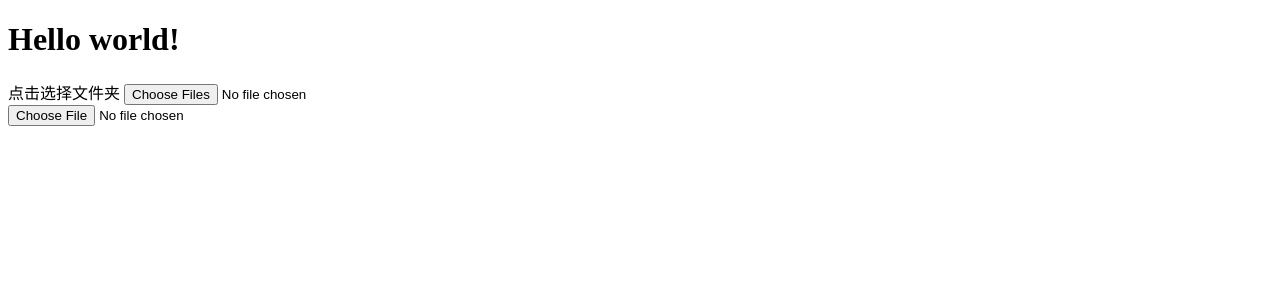
Repository: cjl1828103646/G25
Page: sqsx1/WebContent/index.html
An editor plug-in stored every save of this project. The page is shown before and after the next save, followed by the edit.
The browser window is 1280 px wide. The pictures show the whole page.

Above is the page before, as saved 2023-06-26 15:47:54.

### sqsx1/WebContent/index.html
<!DOCTYPE html>
<html>
<head>
<meta charset="UTF-8">
<title>Insert title here</title>
</head>
<body>
<h1>Hello world!</h1>
<div style="margin-top: 20px">
  <label for="upload-directory">点击选择文件夹</label>
  <input
    title="点击选择文件夹"
    id="upload-directory"
    multiple=""
    webkitdirectory=""
    accept="*/*"
    type="file"
    name="html5uploader"
  />
</div>
<input type="file" id="myFile">
<script src="src/jquery.min.js"></script>
<script src="src/index.js"></script>
<script src="src/index2.js"></script>
</body>
</html>

### sqsx1/WebContent/src/index.js
// 选择文件夹
document.querySelector('#upload-directory').addEventListener('input', function (event) {
  for (let file of event.target.files) {
    console.log(file)
    // 属性 webkitRelativePath 有值
  }
})

var input = document.getElementById("myFile");
input.addEventListener("change", function() {
  var file = input.files[0];
  var reader = new FileReader();
  reader.onload = function(e) {
    console.log("File path: " + file.path); // 完整路径
  };
  reader.readAsDataURL(file);
}, false);

### sqsx1/WebContent/src/index2.js
		function browseFolder() {
		    try {
		        var Message = "\u8bf7\u9009\u62e9\u6587\u4ef6\u5939"; //选择框提示信息
		        var Shell = new ActiveXObject("Shell.Application");
		        var Folder = Shell.BrowseForFolder(0, Message, 64, 17); //起始目录为：我的电脑
		        //var Folder = Shell.BrowseForFolder(0, Message, 0); //起始目录为：桌面
		        if (Folder != null) {
		            Folder = Folder.items(); // 返回 FolderItems 对象
		            Folder = Folder.item(); // 返回 Folderitem 对象
		            Folder = Folder.Path; // 返回路径
		            if (Folder.charAt(Folder.length - 1) != "\\") {
		                Folder = Folder + "\\";
		            }
		            document.getElementById("savePath").value = Folder;
		            return Folder;
		        }
		    }
		    catch (e) {
		        alert(e.message);
		    }
		}

Loaded but not shown: sqsx1/WebContent/src/jquery.min.js (library)

After the next save:
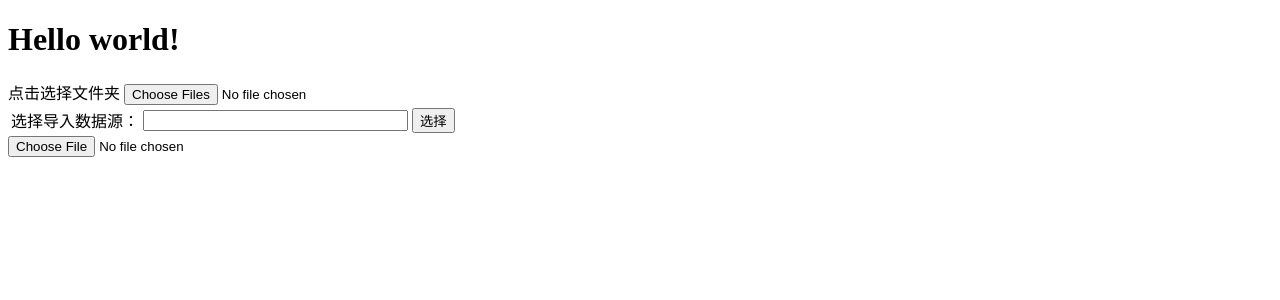
Saved 56 s later.
--- a/sqsx1/WebContent/index.html
+++ b/sqsx1/WebContent/index.html
@@ -18,9 +18,15 @@
     name="html5uploader"
   />
 </div>
+	<table>
+	  	<tr>
+	    	<td>选择导入数据源：</td>
+	    	<td><input id="savePath" type="text" name="path" size="30"></td>
+	    	<td><input type=button value="选择" onclick="browseFolder()"></td>
+	  	</tr>
+	</table>
 <input type="file" id="myFile">
 <script src="src/jquery.min.js"></script>
-<script src="src/index.js"></script>
 <script src="src/index2.js"></script>
 </body>
 </html>

After the 6 saves that followed:
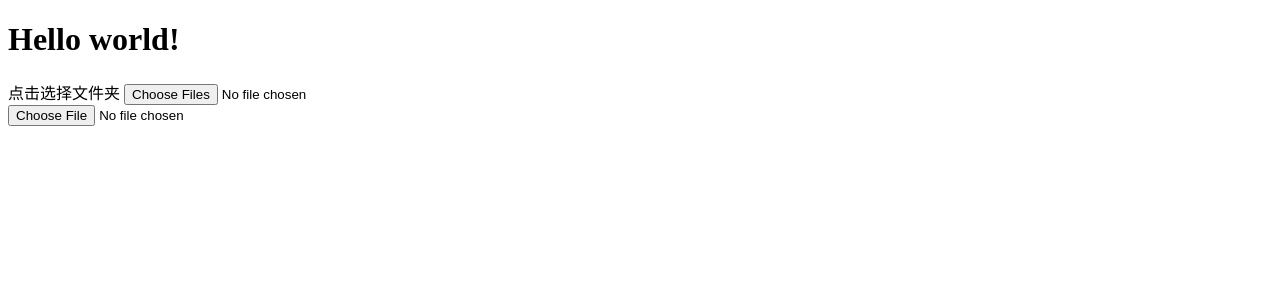
The 6 saves are shown as one change because 5 left the picture as it was.
The last was saved 8 min 32 s later.
--- a/sqsx1/WebContent/index.html
+++ b/sqsx1/WebContent/index.html
@@ -18,15 +18,10 @@
     name="html5uploader"
   />
 </div>
-	<table>
-	  	<tr>
-	    	<td>选择导入数据源：</td>
-	    	<td><input id="savePath" type="text" name="path" size="30"></td>
-	    	<td><input type=button value="选择" onclick="browseFolder()"></td>
-	  	</tr>
-	</table>
+
 <input type="file" id="myFile">
 <script src="src/jquery.min.js"></script>
-<script src="src/index2.js"></script>
+<script src="src/index.js"></script>
+
 </body>
 </html>
--- a/sqsx1/WebContent/src/index2.js
+++ b/sqsx1/WebContent/src/index2.js
@@ -1,4 +1,5 @@
-		function browseFolder() {
+
+function browseFolder() {
 		    try {
 		        var Message = "\u8bf7\u9009\u62e9\u6587\u4ef6\u5939"; //选择框提示信息
 		        var Shell = new ActiveXObject("Shell.Application");
